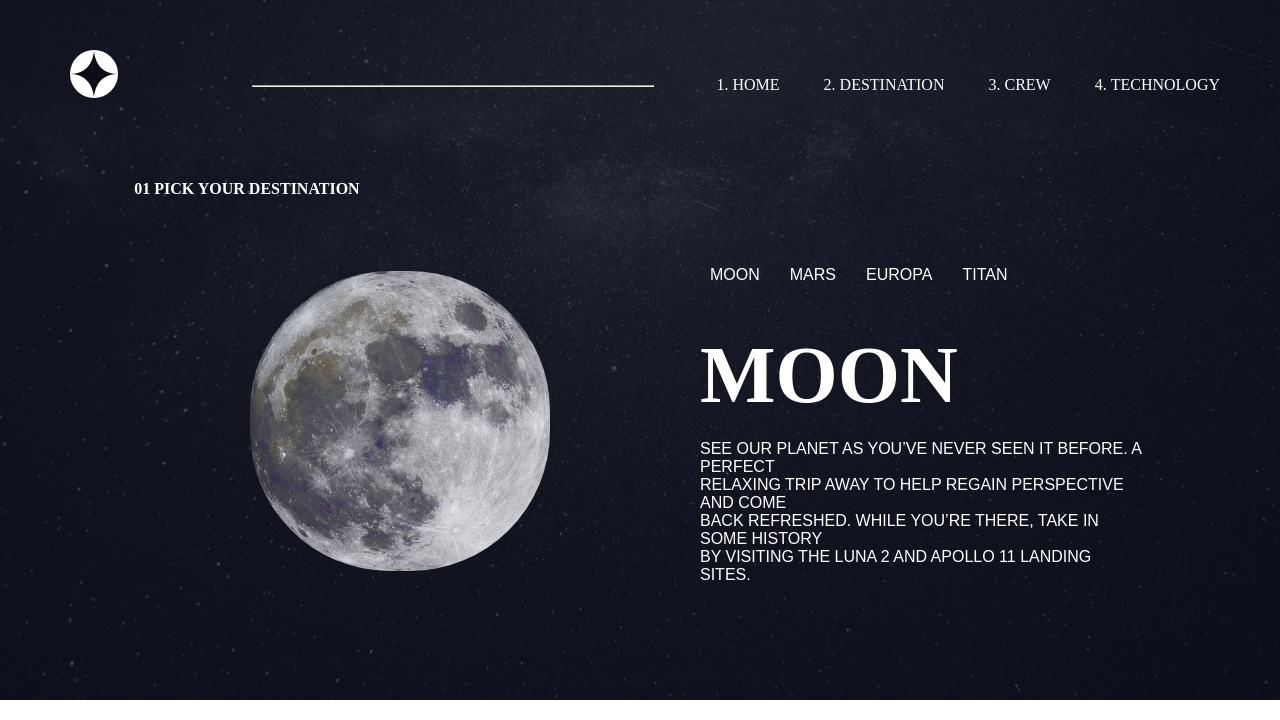
Repository: batonAnton/space_tourism
Page: destination.html
The author's editor kept a copy of each file at every save. The page is drawn from the files as they stood at one save, then again after the next save.
The browser window is 1280 px wide. The pictures show the whole page.
Some web fonts or font styles are not loaded; a fallback is used.

Above is the page before, as saved 2022-05-20 11:11:57.

### destination.html
<!DOCTYPE html>
<html lang="en">
<head>
    <meta charset="UTF-8">
    <meta http-equiv="X-UA-Compatible" content="IE=edge">
    <meta name="viewport" content="width=device-width, initial-scale=1.0">
    <title>Space Tourism</title>
    <link rel="stylesheet" href="css/style2 .css">
    <link rel="preconnect" href="https://fonts.googleapis.com">
    <link rel="preconnect" href="https://fonts.gstatic.com" crossorigin>
    <link href="https://fonts.googleapis.com/css2?family=Bellefair&family=Merriweather&display=swap" rel="stylesheet">

    <link rel="preconnect" href="https://fonts.gstatic.com" crossorigin>
    <link href="https://fonts.googleapis.com/css2?family=Bellefair&family=Merriweather&display=swap" rel="stylesheet">
    <link rel="preconnect" href="https://fonts.googleapis.com">
    <link rel="preconnect" href="https://fonts.gstatic.com" crossorigin>
    <link href="https://fonts.googleapis.com/css2?family=Barlow+Condensed:wght@300&family=Bellefair&family=Merriweather&display=swap" rel="stylesheet">
    <link rel="preconnect" href="https://fonts.googleapis.com">
    <link rel="preconnect" href="https://fonts.gstatic.com" crossorigin>
    <link href="https://fonts.googleapis.com/css2?family=Barlow+Condensed:ital,wght@0,300;1,500&family=Bellefair&family=Merriweather&display=swap" rel="stylesheet">
</head>
<body>

    <div id="destination" class="bg">
        <div class="top-container">
            <div class="logo_img">
                <img src="/images/Icon.svg" alt="logo">

            </div>

                                             <!--navbar code -->
            <div class="nav">

                <hr>
                    <ol>

                        <li><a href="#home">home</a></li>
                        <li><a href="">destination</a></li>
                        <li><a href="">crew</a></li>
                        <li><a href="">technology</a></li>

                    </ol>

            </div>
        </div>

        <div class="middle_container">


            <div class="planet_img">
                <h2 class="h2_planet"> <span>01</span> pick your destination</h2>

                <div class="planet_bg">
                    <img src="/images/destination_img/moon.png"  alt="">
                </div>
            </div>



                <div class="get-info_planet">

                    <div class="nav_planet">
                            <ul>

                                <li><a href="#home">moon</a></li>
                                <li><a href="">mars</a></li>
                                <li><a href="">europa</a></li>
                                <li><a href="">titan</a></li>

                            </ul>
                    <h1>moon</h1>
                    <p>See our planet as you’ve never seen it before. A perfect <br> relaxing trip away to help regain perspective and come <br> back refreshed. While you’re there, take in some history <br> by visiting the Luna 2 and Apollo 11 landing sites.</p>
                </div>


        </div>

    </div>
</body>
</html>

### css/style2 .css
body {
  /* height: 900px; */
  margin: 0;
}

.bg {
  background-image: url(/images/destination_img/bg.jpg);
  height: 100%;
  background-position: center;
  background-repeat: no-repeat;
  background-size: cover;
}

.top-container {
  /* display: inline-block; */
  padding: 50px 0px 50px 70px;
  /* width: 100%; */
}

.logo_img {
  /* width: 555px; */
  float: left;
}

hr {
  width: 400px;
  position: absolute;
  margin: 25px 0px 100px -390px;
}

.nav {
  /* width: 60%; */
  /* margin-left: 408px; */
  position: relative;
  float: right;
  clear: none;
  /* border: 1px solid #979797; */
  padding: 10px 0px 10px 0px;
  backdrop-filter: blur(85px);
  text-transform: uppercase;
}
.nav a {
  text-decoration: none;
}

.nav a:after {
  background: none repeat scroll 0 0 transparent;
  bottom: 0;
  content: "";
  display: block;
  height: 2px;
  left: 50%;
  position: absolute;
  background: #fff;
  transition: width 0.3s ease 0s, left 0.3s ease 0s;
  width: 0;
}
a:hover:after {
  width: 10%;
  left: 0;
}

ol {
  display: inline-flex;
  /* width: 200px; */
  margin-left: 50px;
}

li {
  padding: 0px 60px 0px 0px;
  color: #ffffff;
}

.nav a {
  color: #ffffff;
  font-family: "Bellefair", serif;
  /* font-family: "Merriweather", serif; */
}

/* middle-container property */
.middle_container {
  display: inline-flex;
}

.get-info_planet {
  margin: 130px 100px 100px 150px;
}

/* navbar planet */
.nav_planet {
  position: relative;
  float: right;
  clear: none;
  text-transform: uppercase;
  font-family: "Barlow Condensed", sans-serif;
  font-size: 1rem;
  color: #ffffff;
}

ul {
  list-style-type: none;
  display: inline-flex;
}

.nav_planet a {
  text-decoration: none;
  font-family: "Barlow Condensed", sans-serif;
  font-size: 1rem;
  color: #ffffff;
}

.nav_planet li {
  padding: 0px 60px 0px 0px;
  margin-left: -30px;
  color: #ffffff;
  text-align: left;
}

.h2_planet {
  height: 1px;
  display: block;
  margin: -210px 0px 90px -193px;
  font-size: 16px;
}

.planet_bg img {
  height: 300px;
  border-radius: 140px 140px 140px 140px;
}

h1,
h2,
p {
  color: #ffffff;
}

h1,
h2 {
  text-align: center;
  width: 380px;
  text-transform: uppercase;
  font-family: "Bellefair", serif;
}

h1 {
  font-size: 5rem;
  height: 80px;
  text-align: left;
  width: 333px;
  margin: 30px 0px;
}

p {
  width: 444px;
  text-align: left;
  font-family: "Barlow Condensed", sans-serif;
}

.planet_img {
  margin: 270px 0px 0px 250px;
}

After the next save:
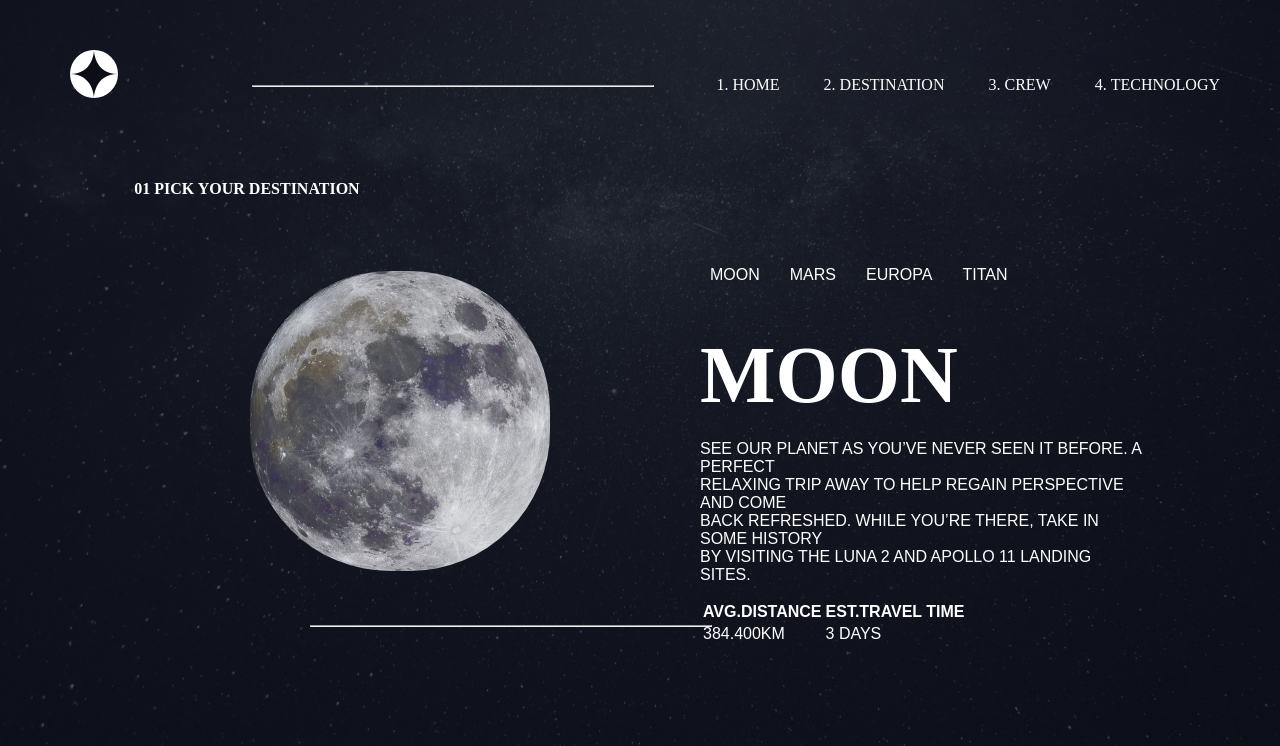
Saved 5 min 10 s later.
--- a/destination.html
+++ b/destination.html
@@ -70,6 +70,20 @@
                             </ul>
                     <h1>moon</h1>
                     <p>See our planet as you’ve never seen it before. A perfect <br> relaxing trip away to help regain perspective and come <br> back refreshed. While you’re there, take in some history <br> by visiting the Luna 2 and Apollo 11 landing sites.</p>
+
+                    <hr class="hr_planet">
+
+                    <table>
+                        <tr>
+                            <th>avg.distance</th>
+                            <th>est.travel time</th>
+                        </tr>
+
+                        <tr>
+                            <td>384.400km</td>
+                            <td>3 days</td>
+                        </tr>
+                    </table>
                 </div>
 
 
